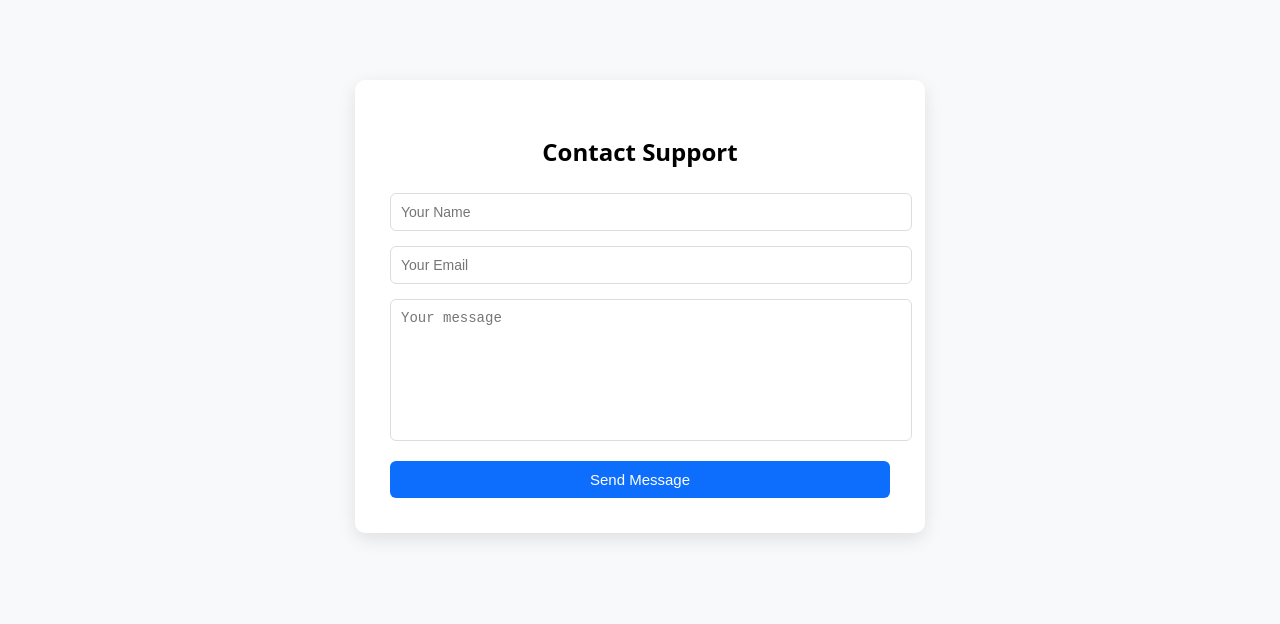
Repository: Kanika0004/CampusStore
Page: contact.html
An editor plug-in stored every save of this project. The page is shown before and after a run of saves, followed by the edit.
The browser window is 1280 px wide. The pictures show the whole page.

Above is the page before, as saved 2026-03-14 00:02:28.

### contact.html
<!DOCTYPE html>
<html>
<head>
<title>Contact Support</title>

<style>

body{
font-family: system-ui, -apple-system, "Segoe UI", Roboto, sans-serif;
background:#f8f9fa;
margin:0;
padding:0;
}

/* Center the form */
.contact-wrapper{
max-width:500px;
margin:80px auto;
background:white;
padding:35px;
border-radius:10px;
box-shadow:0 6px 18px rgba(0,0,0,0.1);
}

h2{
text-align:center;
margin-bottom:25px;
font-weight:700;
}

input, textarea{
width:100%;
padding:10px;
border:1px solid #ddd;
border-radius:6px;
margin-bottom:15px;
font-size:14px;
}

textarea{
min-height:120px;
resize:none;
}

button{
width:100%;
background:#0d6efd;
color:white;
border:none;
padding:10px;
border-radius:6px;
font-size:15px;
cursor:pointer;
}

button:hover{
background:#0b5ed7;
}

</style>

</head>

<body>

<div class="contact-wrapper">

<h2>Contact Support</h2>

<input id="name" placeholder="Your Name">
<input id="email" placeholder="Your Email">

<textarea id="message" placeholder="Your message"></textarea>

<button onclick="sendEnquiry()">Send Message</button>

</div>

<script>

function sendEnquiry(){

let name=document.getElementById("name").value
let email=document.getElementById("email").value
let message=document.getElementById("message").value

fetch("backend/send_enquiry.php",{

method:"POST",

headers:{
"Content-Type":"application/x-www-form-urlencoded"
},

body:`name=${name}&email=${email}&message=${message}`

})

.then(res=>res.json())
.then(data=>{

if(data.status==="success"){
alert("Message sent!")
}

})

}

</script>

</body>
</html>

After the next 2 saves:
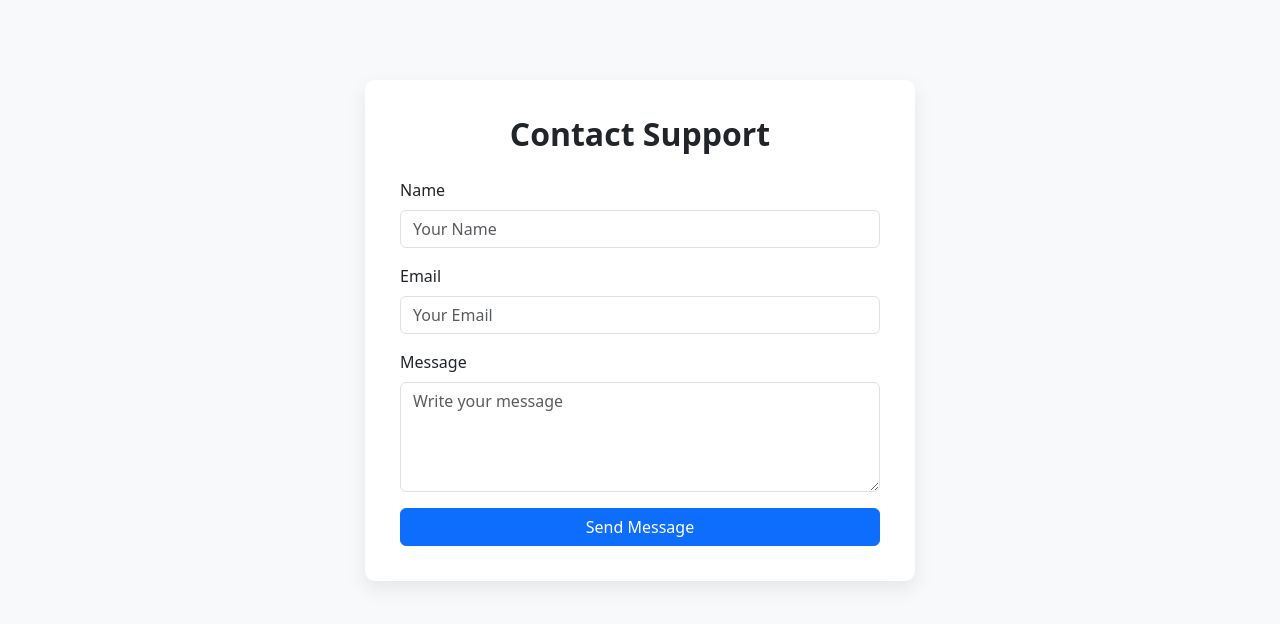
The 2 saves are shown as one change because they came seconds apart.
The last was saved 70 s later.
--- a/contact.html
+++ b/contact.html
@@ -3,58 +3,30 @@
 <head>
 <title>Contact Support</title>
 
+<meta name="viewport" content="width=device-width, initial-scale=1">
+
+<link href="https://cdn.jsdelivr.net/npm/bootstrap@5.3.2/dist/css/bootstrap.min.css" rel="stylesheet">
+
 <style>
 
 body{
-font-family: system-ui, -apple-system, "Segoe UI", Roboto, sans-serif;
 background:#f8f9fa;
-margin:0;
-padding:0;
+font-family:system-ui,-apple-system,"Segoe UI",Roboto,sans-serif;
 }
 
-/* Center the form */
 .contact-wrapper{
-max-width:500px;
+max-width:550px;
 margin:80px auto;
 background:white;
 padding:35px;
 border-radius:10px;
-box-shadow:0 6px 18px rgba(0,0,0,0.1);
+box-shadow:0 8px 20px rgba(0,0,0,0.08);
 }
 
 h2{
+font-weight:700;
+margin-bottom:25px;
 text-align:center;
-margin-bottom:25px;
-font-weight:700;
-}
-
-input, textarea{
-width:100%;
-padding:10px;
-border:1px solid #ddd;
-border-radius:6px;
-margin-bottom:15px;
-font-size:14px;
-}
-
-textarea{
-min-height:120px;
-resize:none;
-}
-
-button{
-width:100%;
-background:#0d6efd;
-color:white;
-border:none;
-padding:10px;
-border-radius:6px;
-font-size:15px;
-cursor:pointer;
-}
-
-button:hover{
-background:#0b5ed7;
 }
 
 </style>
@@ -67,22 +39,59 @@ background:#0b5ed7;
 
 <h2>Contact Support</h2>
 
-<input id="name" placeholder="Your Name">
-<input id="email" placeholder="Your Email">
+<div id="alertBox"></div>
 
-<textarea id="message" placeholder="Your message"></textarea>
+<div class="mb-3">
+<label class="form-label">Name</label>
+<input id="name" class="form-control" placeholder="Your Name">
+</div>
 
-<button onclick="sendEnquiry()">Send Message</button>
+<div class="mb-3">
+<label class="form-label">Email</label>
+<input id="email" class="form-control" placeholder="Your Email">
+</div>
+
+<div class="mb-3">
+<label class="form-label">Message</label>
+<textarea id="message" class="form-control" rows="4" placeholder="Write your message"></textarea>
+</div>
+
+<button id="sendBtn" class="btn btn-primary w-100" onclick="sendEnquiry()">
+Send Message
+</button>
 
 </div>
 
+
 <script>
+
+function showAlert(type,message){
+
+document.getElementById("alertBox").innerHTML=`
+<div class="alert alert-${type} alert-dismissible fade show" role="alert">
+${message}
+<button type="button" class="btn-close" data-bs-dismiss="alert"></button>
+</div>
+`;
+
+}
+
 
 function sendEnquiry(){
 
-let name=document.getElementById("name").value
-let email=document.getElementById("email").value
-let message=document.getElementById("message").value
+let name=document.getElementById("name").value.trim()
+let email=document.getElementById("email").value.trim()
+let message=document.getElementById("message").value.trim()
+
+if(name==="" || email==="" || message===""){
+showAlert("danger","Please fill all fields")
+return
+}
+
+let btn=document.getElementById("sendBtn")
+btn.innerText="Sending..."
+btn.disabled=true
+
 
 fetch("backend/send_enquiry.php",{
 
@@ -97,11 +106,34 @@ body:`name=${name}&email=${email}&message=${message}`
 })
 
 .then(res=>res.json())
+
 .then(data=>{
 
+btn.innerText="Send Message"
+btn.disabled=false
+
 if(data.status==="success"){
-alert("Message sent!")
+
+showAlert("success","Message sent successfully!")
+
+document.getElementById("name").value=""
+document.getElementById("email").value=""
+document.getElementById("message").value=""
+
+}else{
+
+showAlert("danger","Something went wrong")
+
 }
+
+})
+
+.catch(()=>{
+
+btn.innerText="Send Message"
+btn.disabled=false
+
+showAlert("danger","Server error")
 
 })
 
@@ -109,5 +141,7 @@ alert("Message sent!")
 
 </script>
 
+<script src="https://cdn.jsdelivr.net/npm/bootstrap@5.3.2/dist/js/bootstrap.bundle.min.js"></script>
+
 </body>
 </html>
